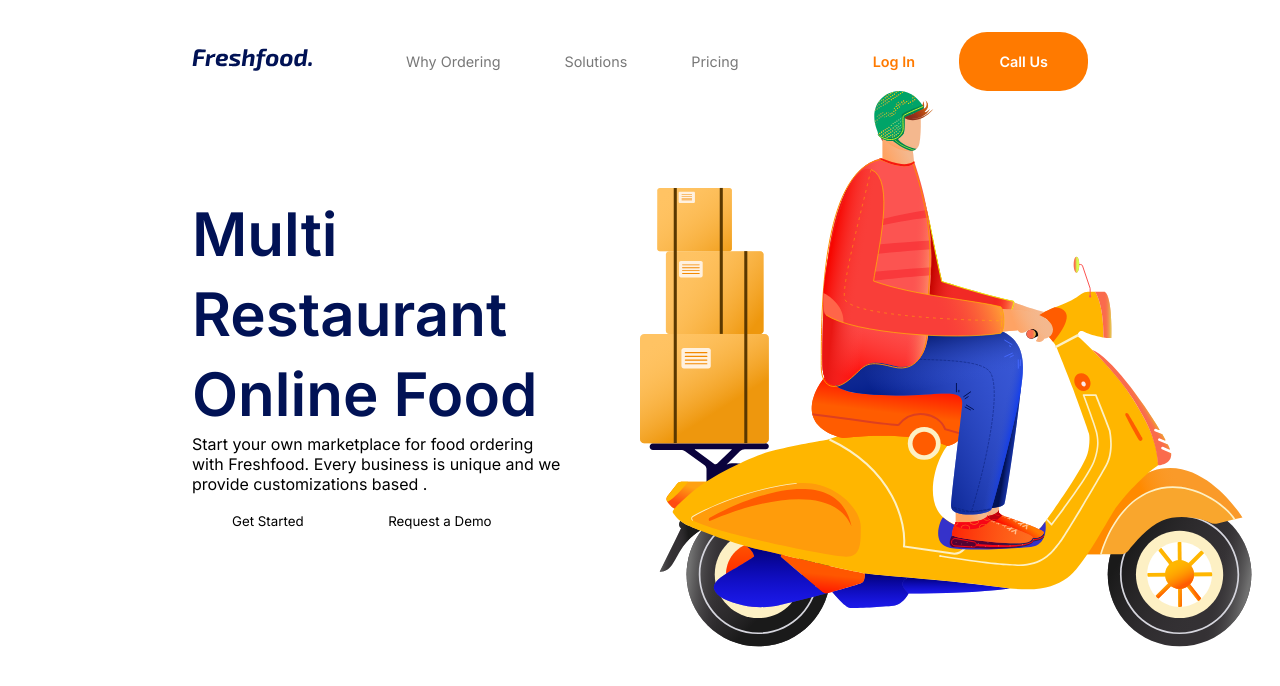
Repository: badhon252/FreshFood
Page: index.html
These files come from the project's save history. The page is drawn as it stood at one moment and after the next save; the edit follows.
The browser window is 1280 px wide. The pictures show the whole page.
The style sheet was rebuilt from its Sass, Less or Tailwind sources for each picture, by a compiler version that may differ from the author's.

Above is the page before, as saved 2022-09-06 00:25:52.

After the next save:
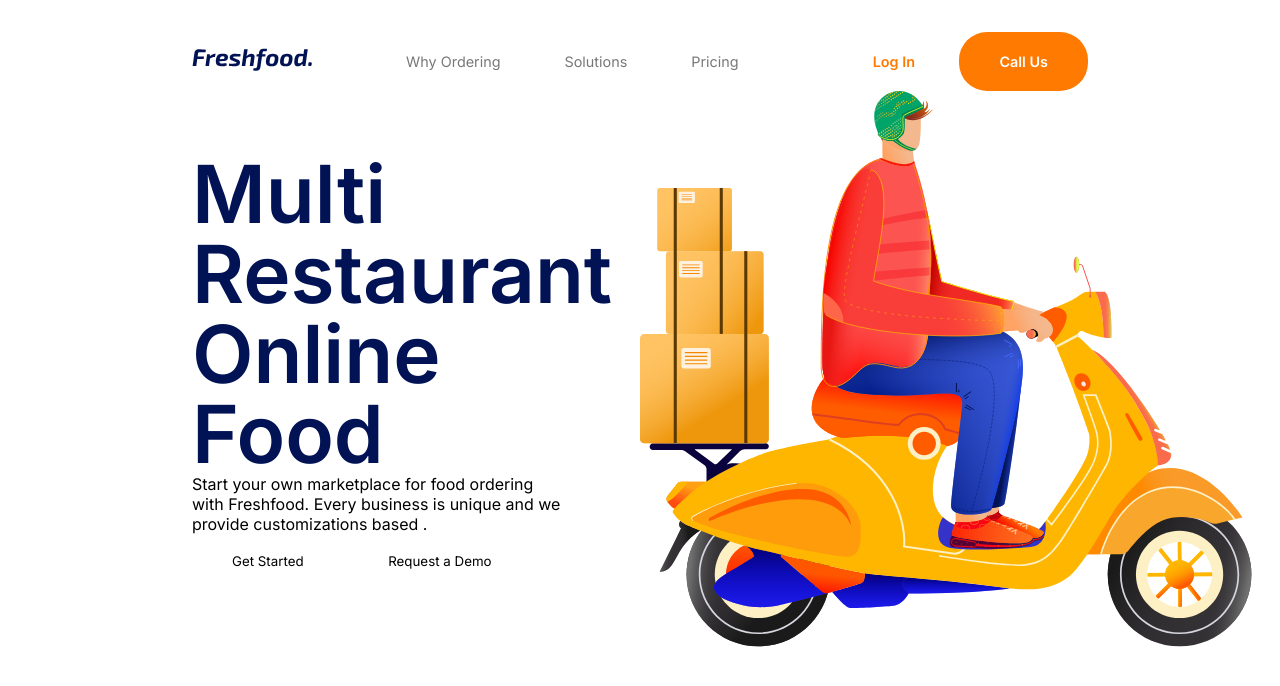
Saved 2 min 41 s later.
--- a/scss/style.scss
+++ b/scss/style.scss
@@ -77,4 +77,7 @@
 }
 
 .header-content {
+  h1 {
+    font-size: 5rem;
+  }
 }
